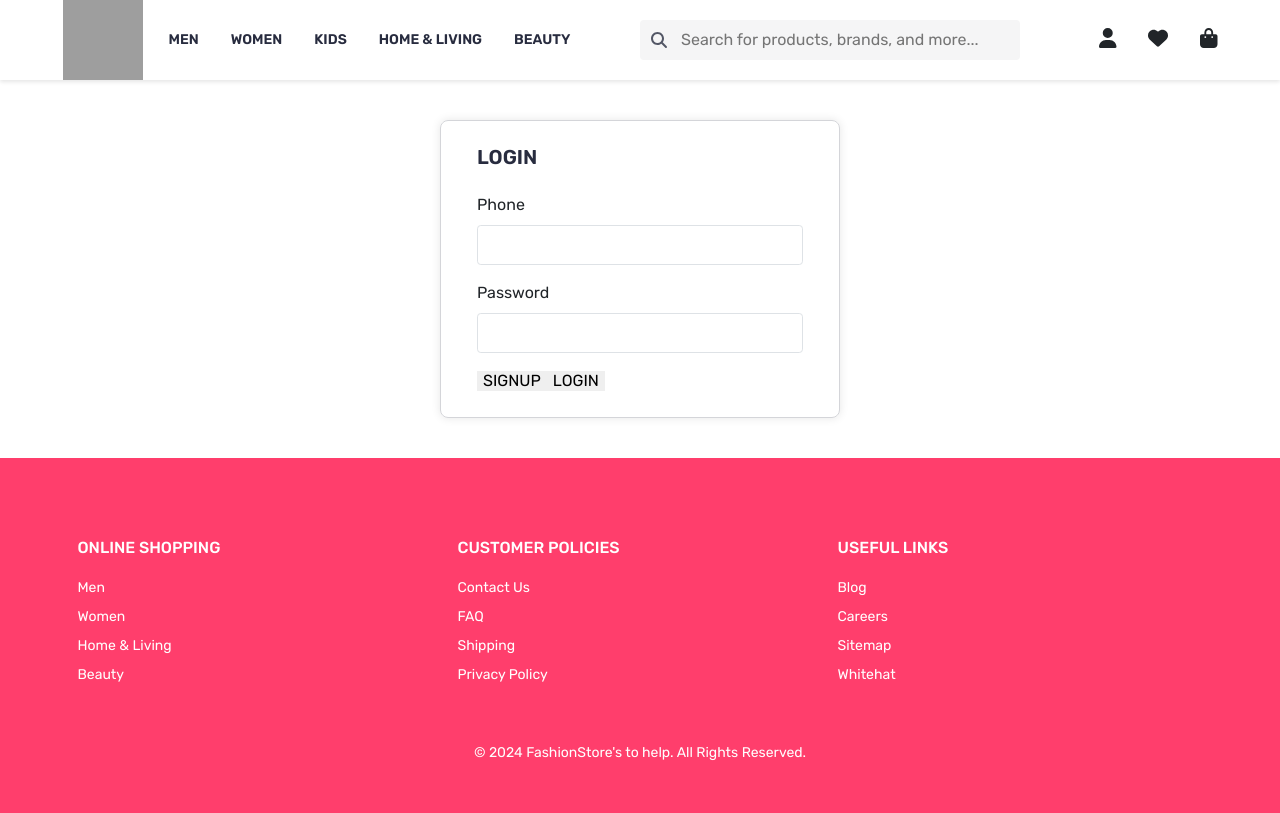
Repository: litaiqiang1407/Khanh-FashionStore
Page: /login
An editor plug-in stored every save of this project. The page is shown before and after the next save, followed by the edit.
The browser window is 1280 px wide. The pictures show the whole page.
Pictures or frames that could not be fetched are drawn as grey boxes. The project was rebuilt for these pictures with package versions that can differ from the ones it lists, and the page was loaded fresh each time. Also part of the build but not shown: src/pages/Home/Banner/index.js, src/functions/interactData.js, src/pages/Home/Products/index.js, src/pages/Home/index.js, src/pages/ProductDetail/index.js.

Above is the page before, as saved 2024-04-14 13:28:16.

After the next save:
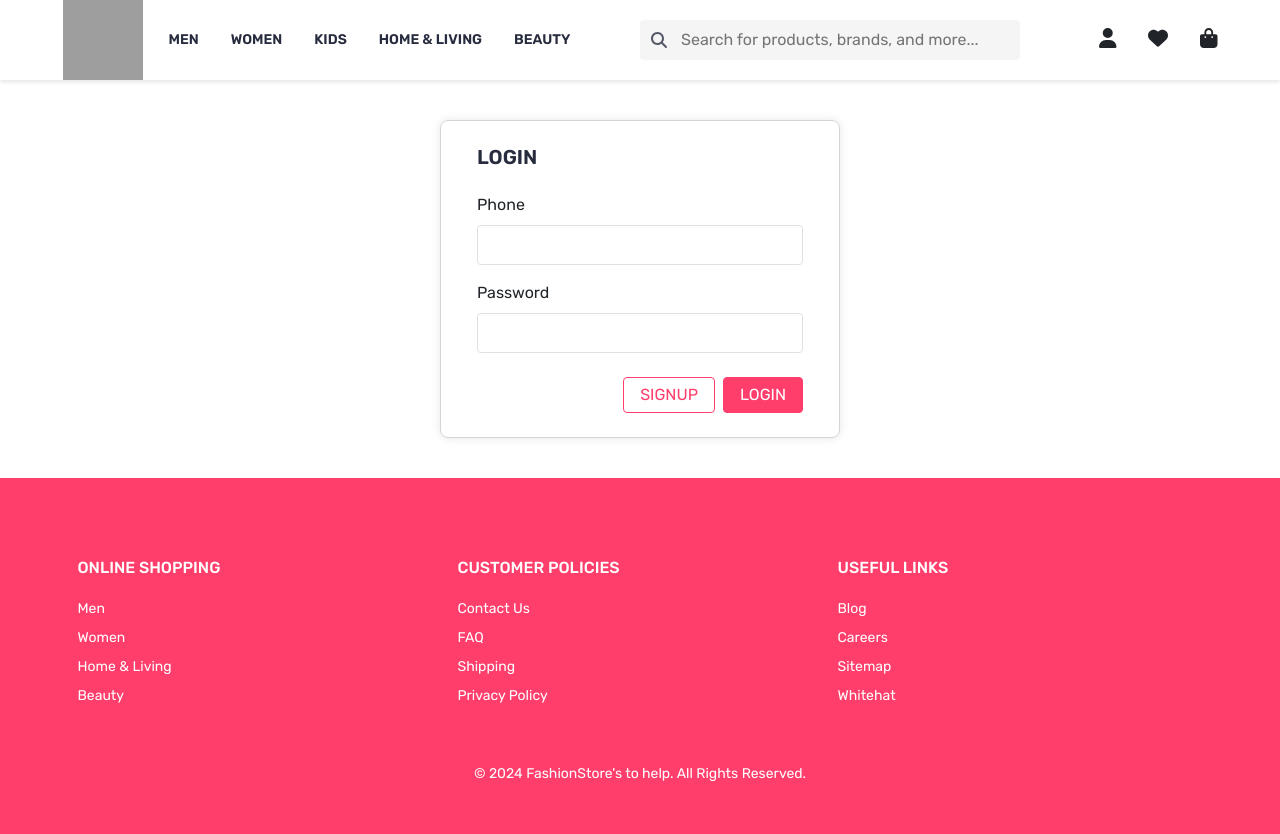
Saved 28 s later.
--- a/src/pages/Login/Login.module.scss
+++ b/src/pages/Login/Login.module.scss
@@ -32,7 +32,7 @@
     }
   }
 
-  .form-action {
+  .form-actions {
     display: flex;
     justify-content: flex-end;
     align-items: center;
